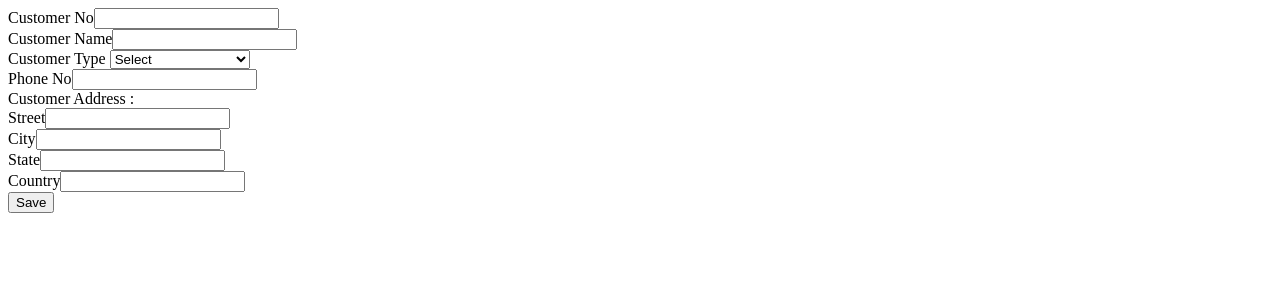
Repository: Mahesh2114/Project
Page: http://localhost/bms/save.jsp
The author's editor kept a copy of each file at every save. The page is drawn from the files as they stood at one save, then again after the next save.
The browser window is 1280 px wide. The pictures show the whole page.
The page is served by Tomcat 9.

Above is the page before, as saved 2021-12-05 09:07:10.

After the next save:
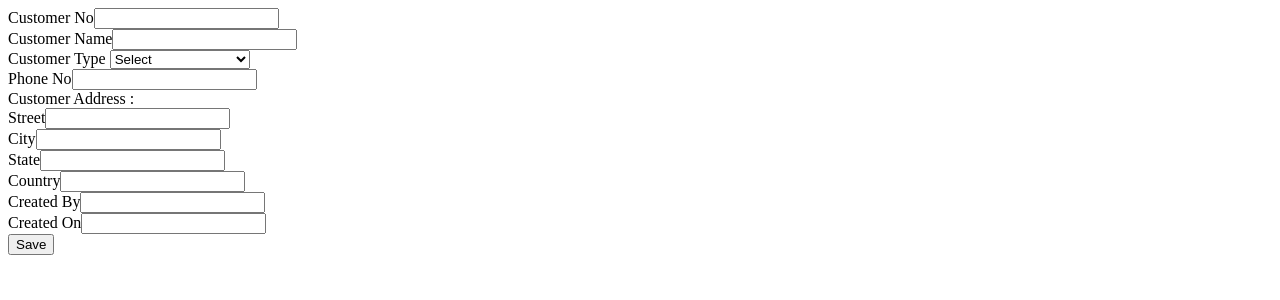
Saved 2 min 56 s later.
--- a/Project1/bms/src/main/webapp/save.jsp
+++ b/Project1/bms/src/main/webapp/save.jsp
@@ -9,16 +9,15 @@
 <body>
 	<form action="/save" method="post">
 
-        <div>
+		<div>
 			<label>Customer No</label><input type="text" name="cid">
 		</div>
 		<div>
 			<label>Customer Name</label><input type="text" name="name">
 		</div>
 		<div>
-			<label for ="type">Customer Type</label>
-			<select name="type" id = "type">
-			<option value="select">Select</option>
+			<label for="type">Customer Type</label> <select name="type" id="type">
+				<option value="select">Select</option>
 				<option value="cheap">Cheap Customer</option>
 				<option value="educated">Educated Customer</option>
 				<option value="driven">Driven Customer</option>
@@ -29,12 +28,18 @@
 		</div>
 		<div>
 			<label>Customer Address :</label><br> <label>Street</label><input
-				type="text" name="street"> <br>
-			<label>City</label><input type="text" name="city"><br>
-			<label>State</label><input type="text" name="state"><br>
-			<label>Country</label><input type="text" name="country"><br>
+				type="text" name="street"> <br> <label>City</label><input
+				type="text" name="city"><br> <label>State</label><input
+				type="text" name="state"><br> <label>Country</label><input
+				type="text" name="country"><br>
 		</div>
 		<div>
+			<label>Created By</label><input type="text" name="created_by">
+		</div>
+		<div>
+			<label>Created On</label><input type="text" name="date">
+		</div>
+
 
 		<div>
 			<button type="submit">Save</button>
